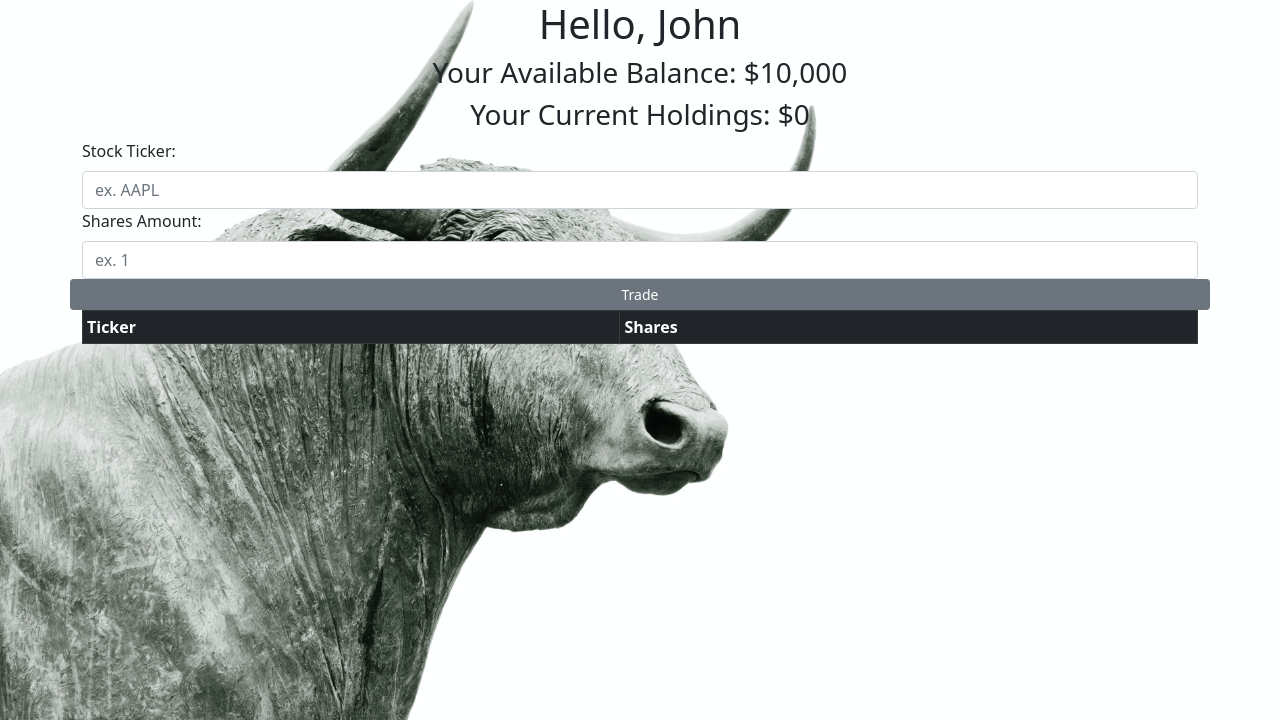
Repository: jmokate/stock-trading-app
Page: /
The author's editor kept a copy of each file at every save. The page is drawn from the files as they stood at one save, then again after the next save.
The browser window is 1280 px wide. The pictures show the whole page.
The project was rebuilt for these pictures with package versions that can differ from the ones it lists, and the page was loaded fresh each time. Also part of the build but not shown: src/Signup.js, src/Login.js, src/SplashPage.js.

Above is the page before, as saved 2021-09-18 20:55:34.

After the next save:
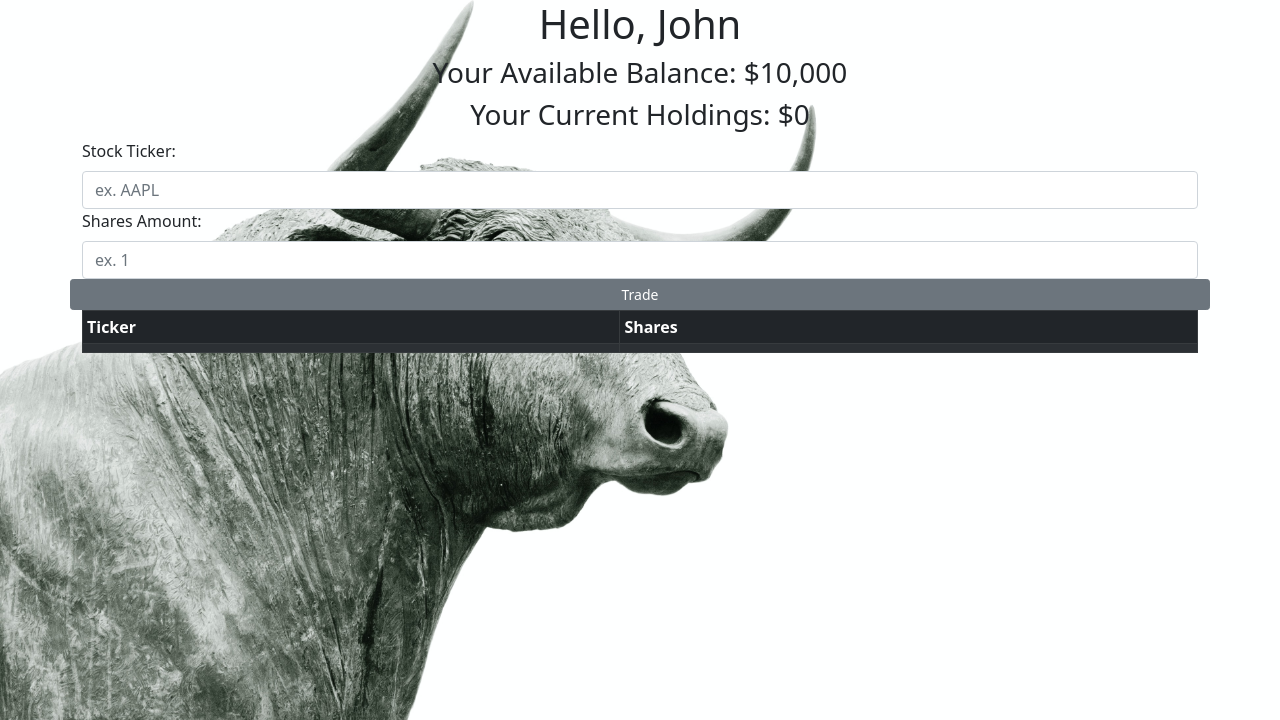
Saved 55 s later.
--- a/src/Dashboard.js
+++ b/src/Dashboard.js
@@ -59,8 +59,8 @@
       </thead>
       <tbody>
         <tr>
-        {stocks}
-        {stockAmount}
+        <td>{stocks}</td>
+        <td>{stockAmount}</td>
         </tr>
       </tbody>
     </Table>
